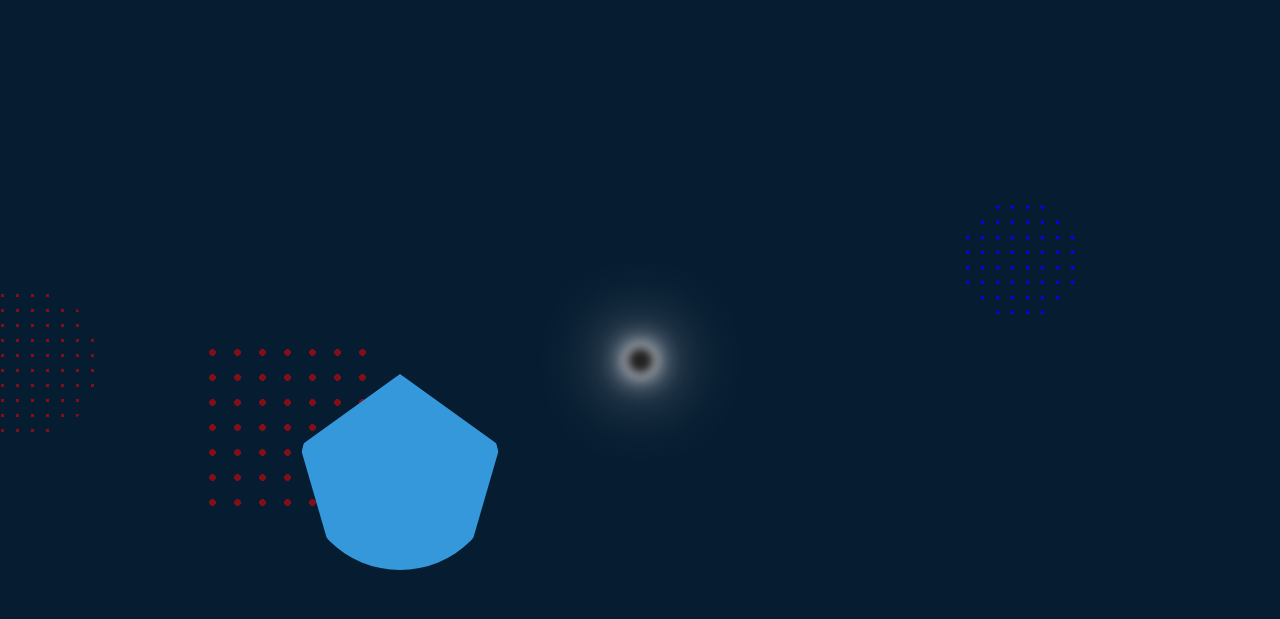
Repository: AdeniranZion/RC-Academy
Page: http://localhost/test/page.php
An editor plug-in stored every save of this project. The page is shown before and after the next save, followed by the edit.
The browser window is 1280 px wide. The pictures show the whole page.
The page is run by PHP 8.4 with error messages shown; the project is at /var/www/html/.

Above is the page before, as saved 2024-06-24 12:00:45.

After the next save:
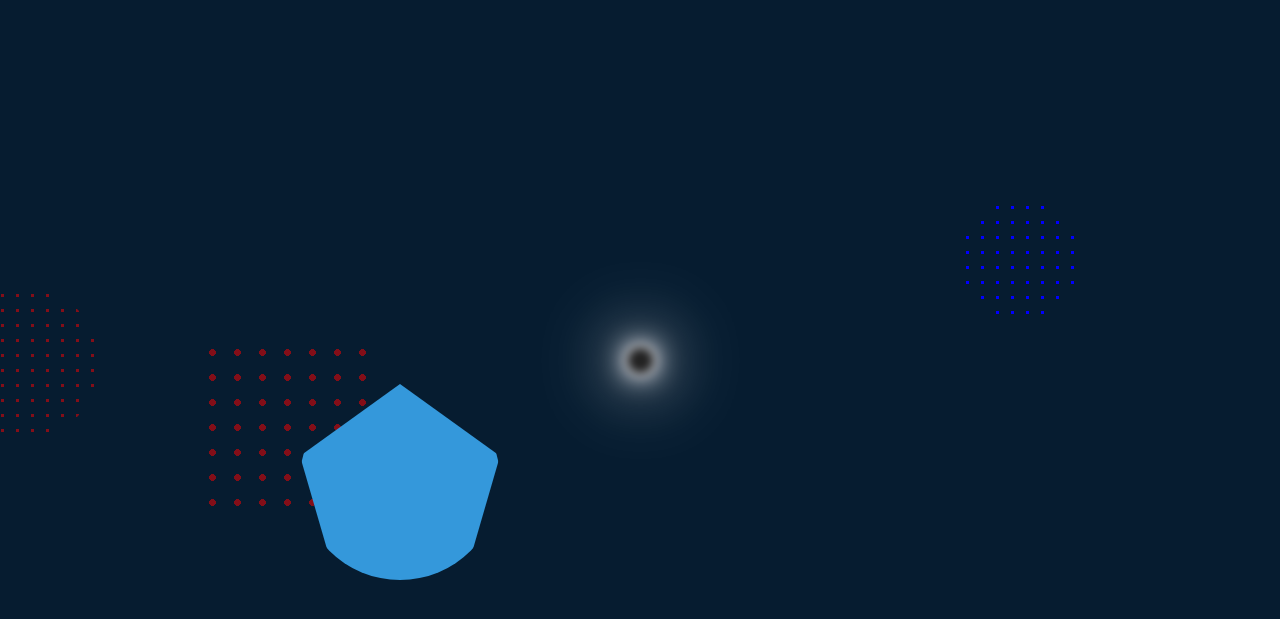
Saved 7 s later.
--- a/test/page.php
+++ b/test/page.php
@@ -26,7 +26,7 @@
     .triangle {
       position: fixed;
       left: 300px;
-      bottom: 150px;
+      bottom: 140px;
       width: 200px; /* Adjust width as needed */
       height: 200px; /* Adjust height as needed */
       clip-path: polygon(50% 2%, 100% 38%, 82% 100%, 18% 100%, 0% 38%);
